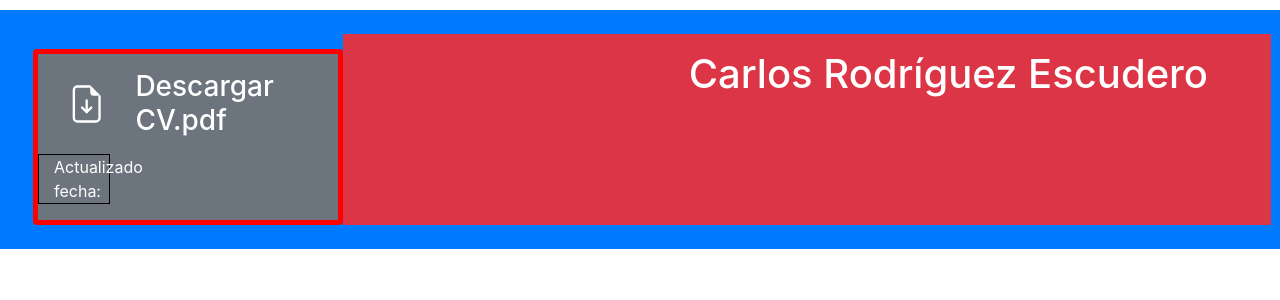
Repository: CarlosRoEs/CarlosWebCV
Page: index.html
The author's editor kept a copy of each file at every save. The page is drawn from the files as they stood at one save, then again after a run of saves.
The browser window is 1280 px wide. The pictures show the whole page.
The style sheet was rebuilt from its Sass, Less or Tailwind sources for each picture, by a compiler version that may differ from the author's.

Above is the page before, as saved 2020-09-15 13:22:51.

After the next 2 saves:
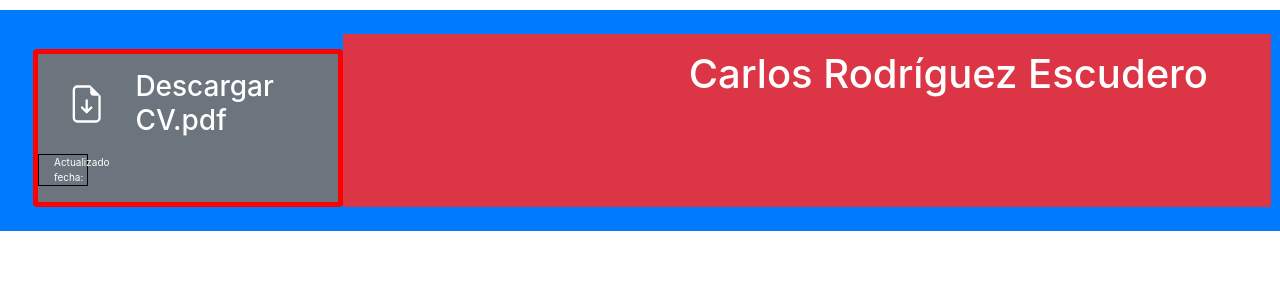
The 2 saves are shown as one change because they came seconds apart.
The last was saved 13 s later.
--- a/Sass/header.scss
+++ b/Sass/header.scss
@@ -12,5 +12,6 @@
     #a-header {
         margin-top: 15px;
         border: 5px solid red;
+        font-size: 10px;
     }
 }
